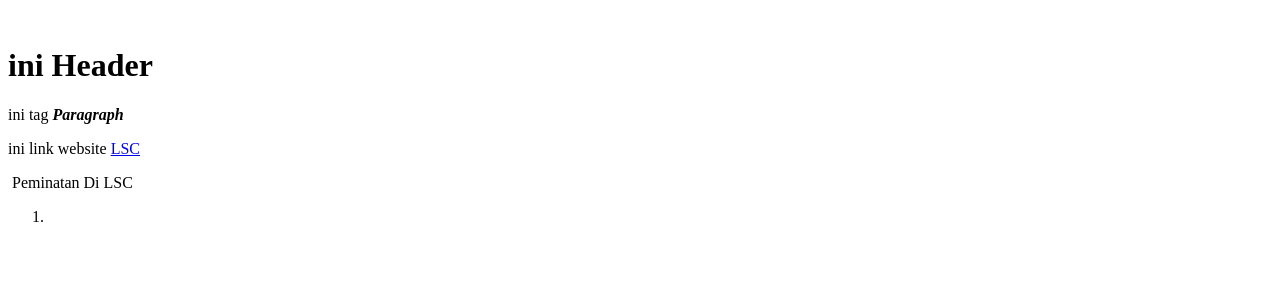
Repository: syawal2kalii/HelloWorld
Page: basichtml.htm
An editor plug-in stored every save of this project. The page is shown before and after the next save, followed by the edit.
The browser window is 1280 px wide. The pictures show the whole page.

Above is the page before, as saved 2019-11-17 01:18:58.

### basichtml.htm

<!--
Pertemuan 4
Overview
    Struktur Dasar
    Struktur Tag
        *Tag,Atribute,Property
    Berkenalan Dengan Beberapa Tag
        *header
        *Paragraph
        *Text Style (Bold,italic,font)
        *a
        *image
        *input
        *Table
        *form
        *list
        *link import
    Dimensi dari setiap tag (block,inline)
    Studi Case : login,register,table user (No Style)

     -->

<!DOCTYPE html>
<html lang="en">
<head>
    <meta charset="UTF-8">
    <meta name="viewport" content="width=device-width, initial-scale=1.0">
    <meta http-equiv="X-UA-Compatible" content="ie=edge">
    <title>Basic HTML (Pertemuan 5)</title>
</head>
<body>
    <!-- tag atribute value
        global -> style,class (https://www.w3.org/TR/2010/WD-html-markup-20101019/global-attributes.html)
        local -> src
    -->

    <img src="" alt="">
    <h1>ini Header</h1>
    <p>ini tag <b><i>Paragraph</i></b></p>
    <p>ini link website <a href="http://www.lscumi.info.tm">LSC</a> </p>
    <img src="" alt="">
    Peminatan Di LSC
    <ol>
        <li></li>
    </ol>


    <!-- <link rel="stylesheet" href="lscumi.info.tm">Ini link ke website LSC -->


</body>


</html>

<!-- kemungkinan Error
    1.tag a tanpa http
-->

After the next save:
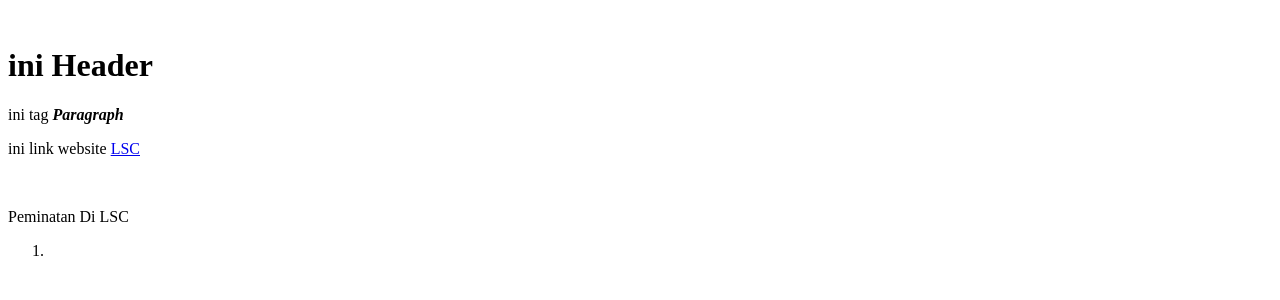
Saved 7 s later.
--- a/basichtml.htm
+++ b/basichtml.htm
@@ -40,7 +40,7 @@ Overview
     <p>ini tag <b><i>Paragraph</i></b></p>
     <p>ini link website <a href="http://www.lscumi.info.tm">LSC</a> </p>
     <img src="" alt="">
-    Peminatan Di LSC
+   <p> Peminatan Di LSC </p>
     <ol>
         <li></li>
     </ol>
